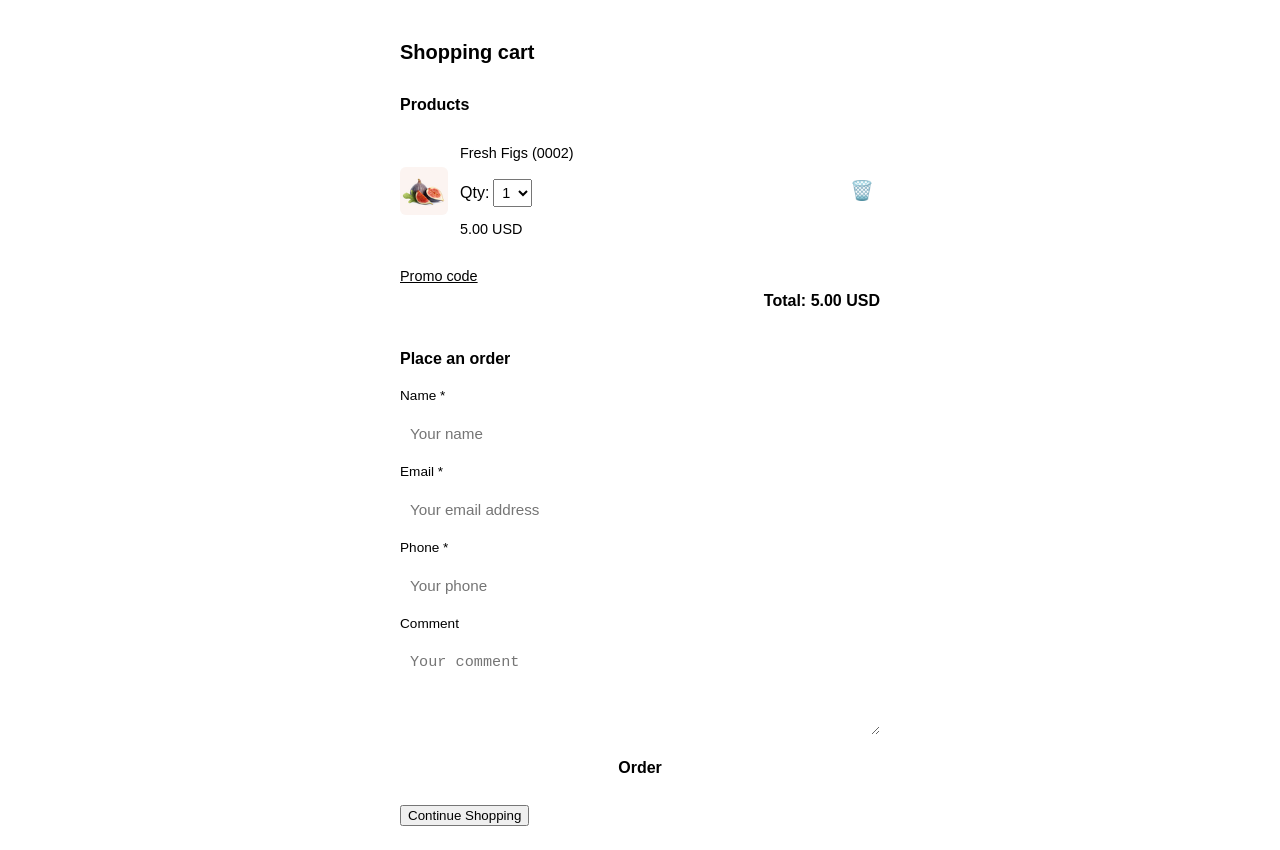
Repository: op1vm/proj_fresh_deals
Page: cart.modal.partial.html
An editor plug-in stored every save of this project. The page is shown before and after the next save, followed by the edit.
The browser window is 1280 px wide. The pictures show the whole page.

Above is the page before, as saved 2025-07-16 17:16:39.

After the next save:
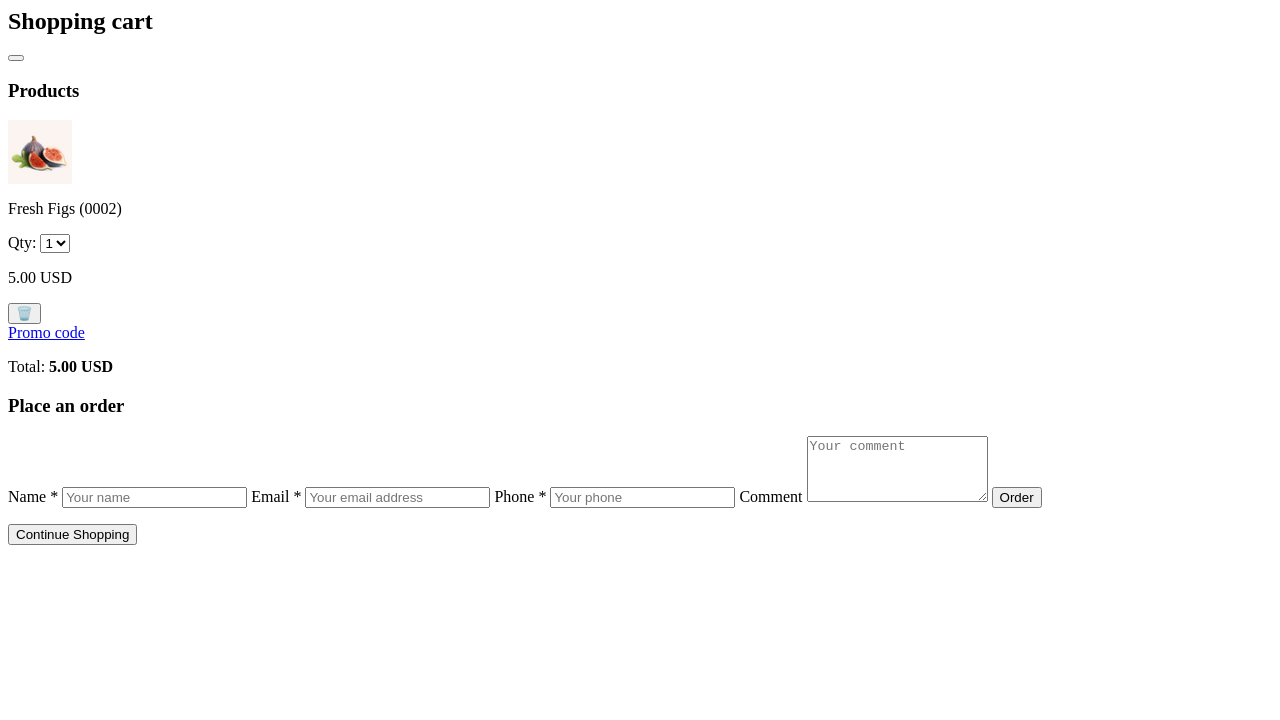
Saved 93 s later.
--- a/cart.modal.partial.html
+++ b/cart.modal.partial.html
@@ -1,5 +1,3 @@
-<link rel="stylesheet" href="css/cart-modal.css" />
-
 <!-- Cart Modal -->
 <div class="modal fade" id="cartModal" tabindex="-1" aria-labelledby="cartModalLabel" aria-hidden="true">
   <div class="modal-dialog modal-dialog-centered modal-lg">
